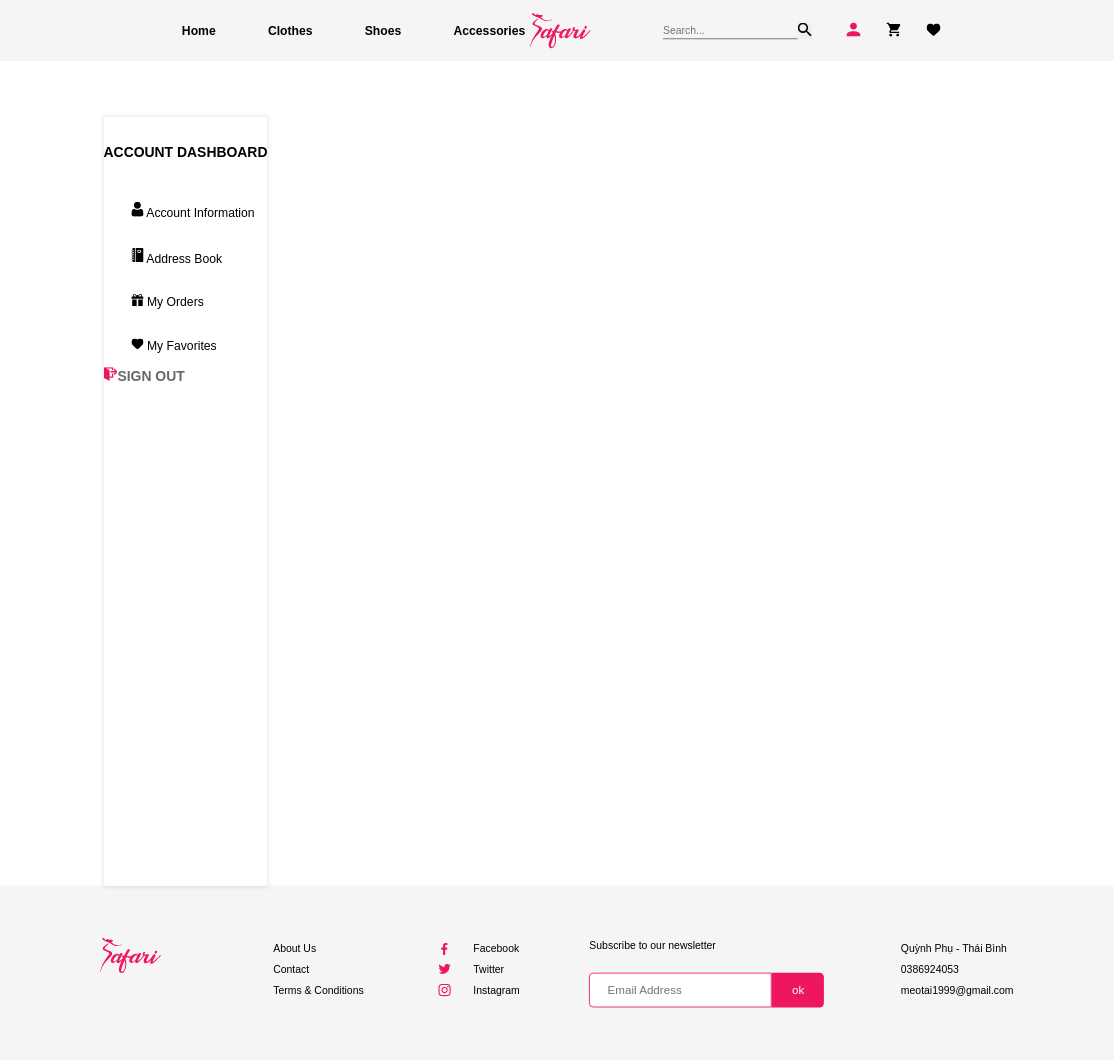
Repository: tboy1999/safari
Page: views/user.html
An editor plug-in stored every save of this project. The page is shown before and after the next save, followed by the edit.
The browser window is 1280 px wide. The pictures show the whole page, at 87% of full size.
Some web libraries are served in a nearby version. The style sheet was rebuilt from its Sass, Less or Tailwind sources for each picture, by a compiler version that may differ from the author's.

Above is the page before, as saved 2022-04-28 15:16:16.

### views/user.html
<!DOCTYPE html>
<html lang="en">
<head>
  <meta charset="UTF-8">
  <meta http-equiv="X-UA-Compatible" content="IE=edge">
  <meta name="viewport" content="width=device-width, initial-scale=1.0">
  <title>user</title>
  <link rel="shortcut icon" href="./image/logo/Logo.svg" type="image/x-icon">
  <link rel="preconnect" href="https://fonts.googleapis.com">
  <link rel="preconnect" href="https://fonts.gstatic.com" crossorigin>
  <link rel="stylesheet" href="https://cdnjs.cloudflare.com/ajax/libs/font-awesome/6.1.1/css/all.min.css" integrity="sha512-KfkfwYDsLkIlwQp6LFnl8zNdLGxu9YAA1QvwINks4PhcElQSvqcyVLLD9aMhXd13uQjoXtEKNosOWaZqXgel0g==" crossorigin="anonymous" referrerpolicy="no-referrer" />
  <link rel="stylesheet" href="../css/grid.css">
  <link rel="stylesheet" href="../css/user.css">
</head>
<body>
  <header id="header" class="header">
    <div class="container">
      <div class="header__container facenter">
        <ul class="header__list facenter fz14-fw600">
          <li class="header__item"><a href="../index.html" class="header__link">Home</a></li>
          <li class="header__item"><a href="./clothes.html" class="header__link">Clothes</a></li>
          <li class="header__item"><a href="./shoes.html" class="header__link">Shoes</a></li>
          <li class="header__item"><a href="./accessories.html" class="header__link">Accessories</a></li>
        </ul>
        <form class="header__search facenter">
          <input type="text" placeholder="Search..." class="fz12">
          <button type="submit"><img src="../image/header/search.svg" alt=""></button>
        </form>
        <div class="header__feature facenter">
          <a href="#" class="header__feature--active">
            <svg width="16" height="16" viewBox="0 0 16 16" fill="inherit" xmlns="http://www.w3.org/2000/svg">
            <path d="M8 0C9.06087 0 10.0783 0.421427 10.8284 1.17157C11.5786 1.92172 12 2.93913 12 4C12 5.06087 11.5786 6.07828 10.8284 6.82843C10.0783 7.57857 9.06087 8 8 8C6.93913 8 5.92172 7.57857 5.17157 6.82843C4.42143 6.07828 4 5.06087 4 4C4 2.93913 4.42143 1.92172 5.17157 1.17157C5.92172 0.421427 6.93913 0 8 0ZM8 10C12.42 10 16 11.79 16 14V16H0V14C0 11.79 3.58 10 8 10Z"/>
            </svg>
          </a>
          <a href="./cart.html">
            <svg width="16" height="16" viewBox="0 0 16 16" fill="inherit" xmlns="http://www.w3.org/2000/svg">
              <path d="M12.8 12.8C11.912 12.8 11.2 13.512 11.2 14.4C11.2 14.8243 11.3686 15.2313 11.6686 15.5314C11.9687 15.8314 12.3757 16 12.8 16C13.2243 16 13.6313 15.8314 13.9314 15.5314C14.2314 15.2313 14.4 14.8243 14.4 14.4C14.4 13.9757 14.2314 13.5687 13.9314 13.2686C13.6313 12.9686 13.2243 12.8 12.8 12.8ZM0 0V1.6H1.6L4.48 7.672L3.392 9.632C3.272 9.856 3.2 10.12 3.2 10.4C3.2 10.8243 3.36857 11.2313 3.66863 11.5314C3.96869 11.8314 4.37565 12 4.8 12H14.4V10.4H5.136C5.08296 10.4 5.03209 10.3789 4.99458 10.3414C4.95707 10.3039 4.936 10.253 4.936 10.2C4.936 10.16 4.944 10.128 4.96 10.104L5.68 8.8H11.64C12.24 8.8 12.768 8.464 13.04 7.976L15.904 2.8C15.96 2.672 16 2.536 16 2.4C16 2.18783 15.9157 1.98434 15.7657 1.83431C15.6157 1.68429 15.4122 1.6 15.2 1.6H3.368L2.616 0H0ZM4.8 12.8C3.912 12.8 3.2 13.512 3.2 14.4C3.2 14.8243 3.36857 15.2313 3.66863 15.5314C3.96869 15.8314 4.37565 16 4.8 16C5.22435 16 5.63131 15.8314 5.93137 15.5314C6.23143 15.2313 6.4 14.8243 6.4 14.4C6.4 13.9757 6.23143 13.5687 5.93137 13.2686C5.63131 12.9686 5.22435 12.8 4.8 12.8Z"/>
            </svg>
          </a>
          <a href="#">
            <svg width="16" height="15" viewBox="0 0 16 15" fill="inherit"
            xmlns="http://www.w3.org/2000/svg">
              <path d="M14.7307 1.39307C13.9025 0.494751 12.766 0 11.5304 0C10.6068 0 9.76099 0.291992 9.01636 0.867798C8.64062 1.15845 8.30017 1.51404 8 1.92908C7.69995 1.51416 7.35938 1.15845 6.98352 0.867798C6.23901 0.291992 5.39319 0 4.4696 0C3.23401 0 2.09741 0.494751 1.26917 1.39307C0.450806 2.28088 0 3.49377 0 4.80847C0 6.16162 0.504272 7.40027 1.58691 8.70667C2.55542 9.87524 3.94739 11.0615 5.55933 12.4352C6.10974 12.9043 6.73364 13.436 7.38147 14.0024C7.55261 14.1523 7.77222 14.2349 8 14.2349C8.22766 14.2349 8.44739 14.1523 8.61829 14.0027C9.26611 13.4362 9.89038 12.9042 10.441 12.4348C12.0527 11.0614 13.4447 9.87524 14.4132 8.70654C15.4958 7.40027 16 6.16162 16 4.80835C16 3.49377 15.5492 2.28088 14.7307 1.39307Z"/>
            </svg>
          </a>
        </div>
        <div class="header__logo">
          <a href="../index.html"><img src="../image/logo/Logo.svg" alt=""></a>
        </div>
      </div>
    </div>
  </header>

  <main id="user" class="user">
    <div class="container">
      <div class="user__container">
        <div class="row">
          <div class="col xxl-3">
            <div class="user__list flex-column">
              <div class="user__item fz16-fw800">ACCOUNT DASHBOARD</div>
              <div class="user__item fz14">
                <svg width="14" height="17" viewBox="0 0 14 17" fill="inherit" xmlns="http://www.w3.org/2000/svg">
                  <path d="M6.89428 8.08322C8.00476 8.08322 8.96635 7.68493 9.75204 6.89912C10.5377 6.11343 10.936 5.15209 10.936 4.04148C10.936 2.93125 10.5377 1.96979 9.75191 1.18384C8.9661 0.398284 8.00463 0 6.89428 0C5.78366 0 4.82233 0.398284 4.03664 1.18397C3.25095 1.96966 2.85254 2.93112 2.85254 4.04148C2.85254 5.15209 3.25095 6.11356 4.03677 6.89924C4.82258 7.6848 5.78405 8.08322 6.89428 8.08322Z"/>
                  <path d="M13.9661 12.9033C13.9434 12.5764 13.8976 12.2197 13.8301 11.843C13.762 11.4636 13.6743 11.1049 13.5693 10.777C13.4609 10.4381 13.3134 10.1034 13.1311 9.78274C12.9419 9.44988 12.7196 9.16003 12.4702 8.92152C12.2094 8.672 11.8902 8.47139 11.5209 8.32506C11.153 8.17949 10.7452 8.10575 10.3091 8.10575C10.1378 8.10575 9.97209 8.17603 9.65216 8.38433C9.45526 8.51274 9.22494 8.66125 8.96787 8.8255C8.74805 8.96556 8.45026 9.09679 8.08245 9.21559C7.72359 9.33171 7.35924 9.3906 6.99962 9.3906C6.63999 9.3906 6.27576 9.33171 5.91653 9.21559C5.5491 9.09692 5.25131 8.96569 5.03175 8.82563C4.77711 8.66291 4.54666 8.5144 4.34682 8.3842C4.02727 8.17591 3.86148 8.10562 3.69018 8.10562C3.25387 8.10562 2.84624 8.17949 2.47843 8.32518C2.10946 8.47126 1.79004 8.67187 1.529 8.92165C1.27973 9.16029 1.05736 9.45001 0.868391 9.78274C0.686212 10.1034 0.538727 10.438 0.430163 10.7771C0.32531 11.105 0.237614 11.4636 0.169505 11.843C0.102036 12.2192 0.0562028 12.576 0.0335425 12.9037C0.0112662 13.2248 0 13.5581 0 13.8946C0 14.7706 0.278453 15.4797 0.827551 16.0027C1.36986 16.5188 2.08744 16.7806 2.96006 16.7806H11.0399C11.9126 16.7806 12.6299 16.5189 13.1723 16.0027C13.7215 15.4801 14 14.7708 14 13.8945C13.9999 13.5564 13.9885 13.2229 13.9661 12.9033Z"/>
                  </svg>

                Account Information
              </div>
              <div class="user__item fz14">
                <svg width="14" height="17" viewBox="0 0 14 17" fill="inherit" xmlns="http://www.w3.org/2000/svg">
                  <path d="M1.00448 5.0538H0.470852C0.210816 5.0538 0 5.26462 0 5.52465C0 5.78469 0.210816 5.99551 0.470852 5.99551H1.00448V5.0538Z"/>
                  <path d="M1.00448 12.5874H0.470852C0.210816 12.5874 0 12.7982 0 13.0583C0 13.3183 0.210816 13.5291 0.470852 13.5291H1.00448V12.5874Z"/>
                  <path d="M1.00448 10.0762H0.470852C0.210816 10.0762 0 10.287 0 10.5471C0 10.8071 0.210816 11.0179 0.470852 11.0179H1.00448V10.0762Z"/>
                  <path d="M1.00448 7.56503H0.470852C0.210816 7.56503 0 7.77585 0 8.03588C0 8.29592 0.210816 8.50674 0.470852 8.50674H1.00448V7.56503Z"/>
                  <path d="M1.00448 2.5426H0.470852C0.210816 2.5426 0 2.75342 0 3.01345C0 3.27349 0.210816 3.48431 0.470852 3.48431H1.00448V2.5426Z"/>
                  <path d="M4.01834 0H2.41744C1.63856 0 1.00488 0.633673 1.00488 1.41256V2.5426H2.48022C2.74025 2.5426 2.95107 2.75342 2.95107 3.01345C2.95107 3.27349 2.74025 3.4843 2.48022 3.4843C2.05168 3.4843 1.466 3.4843 1.00488 3.4843V5.05381H2.48022C2.74025 5.05381 2.95107 5.26463 2.95107 5.52466C2.95107 5.7847 2.74025 5.99552 2.48022 5.99552C1.71562 5.99552 2.16255 5.99552 1.00488 5.99552V7.56502H2.48022C2.74025 7.56502 2.95107 7.77584 2.95107 8.03587C2.95107 8.29591 2.74025 8.50673 2.48022 8.50673C2.05168 8.50673 1.466 8.50673 1.00488 8.50673V10.0762H2.48022C2.74025 10.0762 2.95107 10.287 2.95107 10.5471C2.95107 10.8071 2.74025 11.0179 2.48022 11.0179C1.71562 11.0179 2.16255 11.0179 1.00488 11.0179V12.5874H2.48022C2.74025 12.5874 2.95107 12.7983 2.95107 13.0583C2.95107 13.3183 2.74025 13.5291 2.48022 13.5291C2.05168 13.5291 1.466 13.5291 1.00488 13.5291V14.6592C1.00488 15.4381 1.63856 16.0717 2.41744 16.0717H4.01834V0Z"/>
                  <path d="M7.94141 3.48431H10.0759V4.55158H7.94141V3.48431Z"/>
                  <path d="M12.5878 0H4.95996V16.0717H12.5878C13.3666 16.0717 14.0003 15.4381 14.0003 14.6592V1.41256C14.0003 0.633673 13.3666 0 12.5878 0ZM11.0183 5.02242C11.0183 5.28246 10.8074 5.49327 10.5474 5.49327H7.47117C7.21114 5.49327 7.00032 5.28246 7.00032 5.02242V3.01345C7.00032 2.75342 7.21114 2.5426 7.47117 2.5426H10.5474C10.8074 2.5426 11.0183 2.75342 11.0183 3.01345V5.02242Z"/>
                  </svg>

                Address Book
              </div>
              <div class="user__item fz14">
                <svg width="14" height="14" viewBox="0 0 14 14" fill="inherit" xmlns="http://www.w3.org/2000/svg">
                  <path d="M13.0869 2.71463H12.0679C12.2023 2.5019 12.291 2.2631 12.3163 2.01056C12.3971 1.20345 11.972 0.479938 11.2484 0.159169C10.5832 -0.135678 9.83572 -0.0151468 9.29746 0.473048L8.01066 1.63926C7.76006 1.36516 7.39981 1.1929 6.99999 1.1929C6.59946 1.1929 6.23863 1.36571 5.98797 1.64065L4.69953 0.472911C4.1604 -0.0152835 3.4132 -0.13535 2.74834 0.159333C2.02488 0.48013 1.59974 1.20389 1.68079 2.01097C1.70614 2.26332 1.79479 2.502 1.92918 2.71463H0.913033C0.408761 2.71463 0 3.12342 0 3.62766V4.99723C0 5.24934 0.204394 5.45376 0.45653 5.45376H13.5435C13.7956 5.45376 14 5.24936 14 4.99723V3.62766C14 3.12342 13.5912 2.71463 13.0869 2.71463ZM5.63042 2.56246V2.71463H3.48277C2.91533 2.71463 2.46875 2.18564 2.61048 1.59485C2.6729 1.33467 2.8607 1.11289 3.10359 1.00062C3.43713 0.846453 3.8066 0.895945 4.08673 1.1495L5.63081 2.54901C5.63072 2.55352 5.63042 2.55795 5.63042 2.56246ZM11.4104 1.88934C11.3763 2.36384 10.9477 2.71468 10.472 2.71468H8.36955V2.56252C8.36955 2.55713 8.36922 2.5518 8.36917 2.54641C8.71895 2.22933 9.47776 1.54158 9.88931 1.16853C10.1232 0.956539 10.4505 0.857582 10.753 0.947816C11.1872 1.07732 11.4421 1.44651 11.4104 1.88934Z"/>
                  <path d="M0.913086 6.36679V13.0624C0.913086 13.5667 1.32185 13.9755 1.82612 13.9755H6.08698V6.36679H0.913086Z"/>
                  <path d="M7.91309 6.36679V13.9755H12.1739C12.6782 13.9755 13.087 13.5667 13.087 13.0624V6.36679H7.91309Z"/>
                  </svg>

                My Orders
              </div>
              <div class="user__item fz14">
                <svg width="14" height="13" viewBox="0 0 14 13" fill="inherit" xmlns="http://www.w3.org/2000/svg">
                  <path d="M12.8894 1.21893C12.1647 0.432907 11.1702 0 10.0891 0C9.28096 0 8.54086 0.255493 7.88931 0.759323C7.56055 1.01364 7.26265 1.32478 7 1.68794C6.73746 1.32489 6.43945 1.01364 6.11058 0.759323C5.45914 0.255493 4.71904 0 3.9109 0C2.82976 0 1.83524 0.432907 1.11052 1.21893C0.394455 1.99577 0 3.05705 0 4.20741C0 5.39142 0.441238 6.47523 1.38855 7.61833C2.23599 8.64084 3.45396 9.67883 4.86441 10.8808C5.34602 11.2913 5.89194 11.7565 6.45879 12.2521C6.60854 12.3833 6.80069 12.4555 7 12.4555C7.1992 12.4555 7.39146 12.3833 7.541 12.2523C8.10785 11.7566 8.65408 11.2912 9.13591 10.8805C10.5461 9.67873 11.7641 8.64084 12.6116 7.61823C13.5589 6.47523 14 5.39142 14 4.20731C14 3.05705 13.6055 1.99577 12.8894 1.21893Z"/>
                  </svg>
                My Favorites
              </div>
              <div class="user__item fz16"><img src="../image/user/checkout.svg" alt="">SIGN OUT</div>
            </div>
          </div>
          <div class="col xxl-9"></div>
        </div>
      </div>
    </div>
  </main>

  <footer class="footer">
    <div class="container">
      <div class="footer__container d-flex fz12">
        <div class="footer__logo">
          <a href="../index.html"><img src="../image/logo/Logo.svg" alt=""></a>
        </div>
        <div class="footer__body d-flex gap80">
          <ul class="footer__pages">
            <li class="footer__item fz12"><a href="#">About Us</a></li>
            <li class="footer__item fz12"><a href="#">Contact</a></li>
            <li class="footer__item fz12"><a href="#">Terms & Conditions</a></li>
          </ul>
          <ul class="footer__networks">
            <li class="footer__item facenter gap20">
              <div class="footer__icon flex-center">
                <a href="#" class="facenter"><img src="../image/footer/fb.svg" alt=""></a>
              </div>
              <p><a href="#">Facebook</a></p>
            </li>
            <li class="footer__item facenter gap20">
              <div class="footer__icon flex-center">
                <a href="#" class="facenter"><img src="../image/footer/twitter.svg" alt=""></a>
              </div>
              <p><a href="#">Twitter</a></p>
            </li>
            <li class="footer__item facenter gap20">
              <div class="footer__icon flex-center">
                <a href="#" class="facenter"><img src="../image/footer/instagram.svg" alt=""></a>
              </div>
              <p><a href="#">Instagram</a></p>
            </li>
          </ul>
          <div class="footer__input">
            <p>Subscribe to our newsletter</p>
            <form action="" class="facenter footer__form">
              <input type="text" placeholder="Email Address">
              <button type="submit">ok</button>
            </form>
          </div>
        </div>
        <div class="footer__info">
          <p>Quỳnh Phụ - Thái Bình</p>
          <p>0386924053</p>
          <p>meotai1999@gmail.com</p>
        </div>
      </div>
    </div>
  </footer>
</body>
</html>

### scss/user.scss
@import 'reset';
@import 'variable';
@import 'global';
@import 'alike';
@import 'header';
@import 'footer';

.user {
  margin-top: 134px;
  &__container {
    margin: 0 64px;
  }
  &__list {
    height: 884px;
    box-shadow: 0px 0px 5px 1px rgba(0, 0, 0, 0.1);
  }
  &__item:first-child {
    padding: 32px 0;
    text-align: center;
  }
  &__item:not(:first-child,:last-child) {
    padding: 16px 0 16px 32px
  }
}

### scss/_reset.scss
* {
  padding: 0;
  margin: 0;
  box-sizing: border-box;
}

html:focus-within {
  scroll-behavior: smooth;
}

a,
button {
  display: block;
  outline: none;
  border: none;
  text-decoration: none;
  color: inherit;
  cursor: pointer;
}

input {
  outline: none;
}

ul {
  list-style-type: none;
}

// img {
//   width: 100%;
//   height: 100%;
//   object-fit: cover;
// }

### scss/_variable.scss
$text-color: #686868;
$primary-color: #ED165F;

$header-background-color: #F5F5F5;
$footer-background-color: #F5F5F5;

### scss/_global.scss
html {
  font-size: 10px;
  line-height: 1;
  scroll-behavior: smooth !important;
}

body {
  font-family: 'Mulish', sans-serif;
}

body .auto-top {
  display: none;
  position: fixed;
  right: 50px;
  top: 50%;
  width: 60px;
  height: 50px;
  border: 1px solid #000000;
  border-radius: 5px;
  animation: autoTop 2s ease-in-out;
  animation-iteration-count: infinite;
}
@keyframes autoTop {
  from {
    transform: translateY(0)
  }
  to {
    transform: translateY(-20px)
  }
}

.facenter {
  display: flex;
  align-items: center;
}

.facb {
  display:flex;
  justify-content: space-between;
  align-items: center;
}

.flex-center {
  display: flex;
  justify-content: center;
  align-items: center;
}

.d-flex {
  display: flex;
  flex-wrap: wrap;
}

.flex-column {
  display: flex;
  flex-direction: column;
}

.gap64 {
  gap: 64px
}

.gap80 {
  gap: 0 80px
}

.gap32 {
  gap: 32px
}

.gap20 {
  gap: 0 20px
}

.gap16 {
  gap: 16px
}
.gap8 {
  gap: 8px
}

### scss/_alike.scss
.fz40 {
  font-weight: 700;
  font-size: 4rem;
  line-height: calc(24/40);
}

.fz30 {
  font-weight: 600;
  font-size: 30px;
}


.fz24 {
  font-weight: 400;
  font-size: 2.4rem;
  line-height: calc(35/24);
  &-fw600 {
    font-weight: 600;
    font-size: 2.4rem;
    line-height: calc(35/24);
  }
  &-fw800 {
    font-weight: 800;
    font-size: 2.4rem;
    line-height: calc(35/24);
  }
}

.fz20 {
  font-weight: 400;
  font-size: 2rem;
  line-height: calc(23/20);
  &-fw800 {
    font-weight: 800;
    font-size: 2rem;
    line-height: calc(23/20);
  }
  &-fw600 {
    font-weight: 600;
    font-size: 2rem;
    line-height: calc(23/20);
  }
}

.fz18 {
  font-weight: 800;
  font-size: 1.8rem;
  line-height: calc(24/18);
}

.fz16 {
  font-weight: 600;
  font-size: 1.6rem;
  line-height: calc(18/16);
  color: $text-color;
  &-fw800 {
    font-weight: 800;
    font-size: 1.6rem;
    line-height: calc(18/16);
  }
}

.fz14 {
  font-weight: 400;
  font-size: 1.4rem;
  line-height: calc(18/14);
  &-fw600 {
    font-weight: 600;
    font-size: 1.4rem;
    line-height: calc(18/14);
  }
}

.fz12 {
  font-weight: 400;
  font-size: 1.2rem;
  line-height: calc(18/12);
}

.fz10 {
  font-weight: 700;
  font-size: 1rem;
  line-height: calc(18/10);
}

### scss/_header.scss
.header {
  position: fixed;
  top: 0;
  left: 0;
  right: 0;
  z-index: 99999;
  background-color: $header-background-color;
  &__container {
    height: 70px;
    padding: 0 144px;
  }
  &__list {
    gap: 0 40px;
    flex: 1
  }
  &__search {
    input {
      border:none;
      border-bottom: 1px solid rgba(0, 0, 0, 0.5);
      color: rgba(0, 0, 0, 0.5);
      background-color: inherit;
    }
  }
  &__link {
    padding: 6px 10px;
    transition: all 0.2s linear;
    position: relative;
    &::after {
      content: "";
      position: absolute;
      width: 0;
      left: auto;
      right: 0;
      bottom: 0;
      height: 1px;
      transition: all 0.2s linear;
      background-color: red;
    }
    &:hover {
      color: $primary-color;
      &::after {
        width: 100%;
        right: auto;
        left: 0
      }
    }
    &.header__item--active {
      color: $primary-color;
      font-weight: 800;
      &::after {
        width: 100%;
      }
    }
  }
  &__feature {
    gap: 0 30px;
    margin-left: 40px;
    .header__feature--active {
      fill: $primary-color;
    }
  }
  &__logo {
    position: absolute;
    left: 47.57%;
    right: 47.57%;
    top: 21.43%;
    bottom: 20.93%;
  }
}

### scss/_footer.scss
.footer {
  background-color: $footer-background-color;
  &__container {
    padding: 60px;
  }
  &__pages {
    margin-left: 129px;
    a {
      padding: 3px 0;
    }
  }
  &__networks {
    a {
      padding: 3px 0
    }
  }
  &__icon {
    width: 26px
  }
  &__body {
    flex: 1
  }
  &__form {
    margin-top: 22px;
    width: 270px;
    height: 40px;
    border-radius: 5px;
    input {
      border: 1px solid $primary-color;
      padding: 0 0 0 20px;
      height: inherit;
      flex: 1;
      border-top-left-radius: 5px;
      border-bottom-left-radius: 5px;
    }
    button {
      width: 60px;
      height: inherit;
      background-color: $primary-color;
      color: #fff;
      border-top-right-radius: 5px;
      border-bottom-right-radius: 5px;
    }
  }
  &__info {
    p {
      padding: 3px 0
    }
  }
}

Loaded but not shown: css/grid.css (721 lines, source omitted)

After the next save:
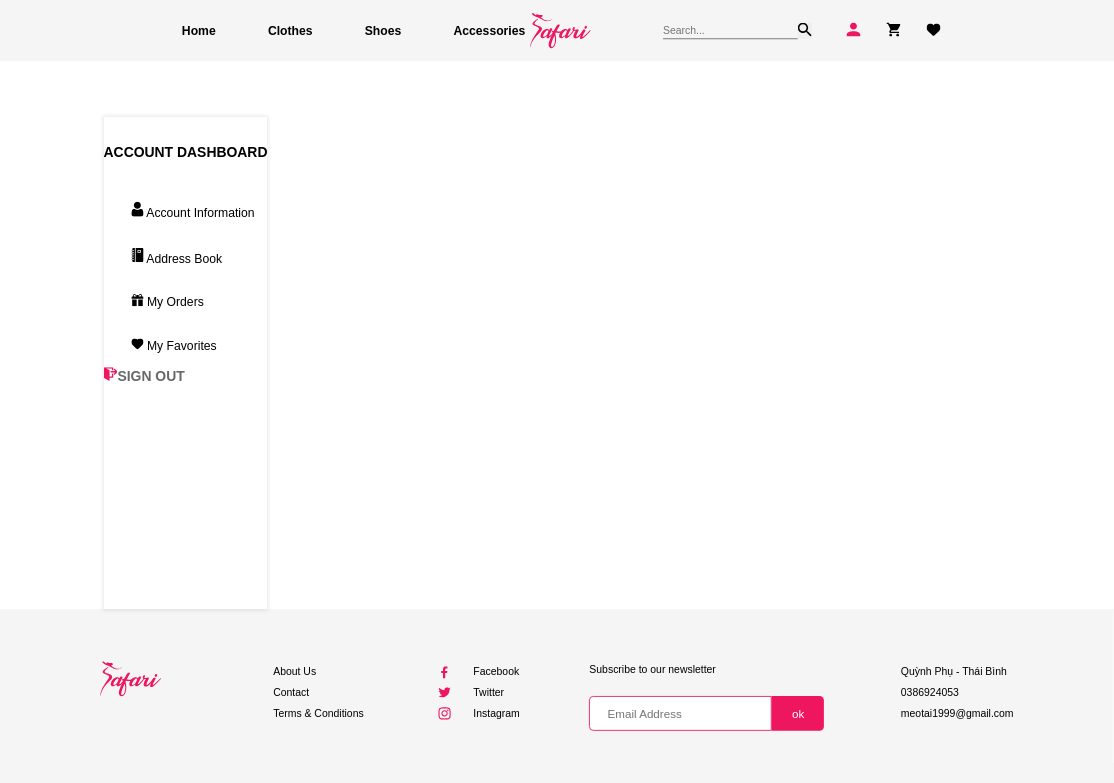
Saved 59 s later.
--- a/scss/user.scss
+++ b/scss/user.scss
@@ -11,7 +11,7 @@
     margin: 0 64px;
   }
   &__list {
-    height: 884px;
+    height: calc(100vh - 134px - 20px);
     box-shadow: 0px 0px 5px 1px rgba(0, 0, 0, 0.1);
   }
   &__item:first-child {
